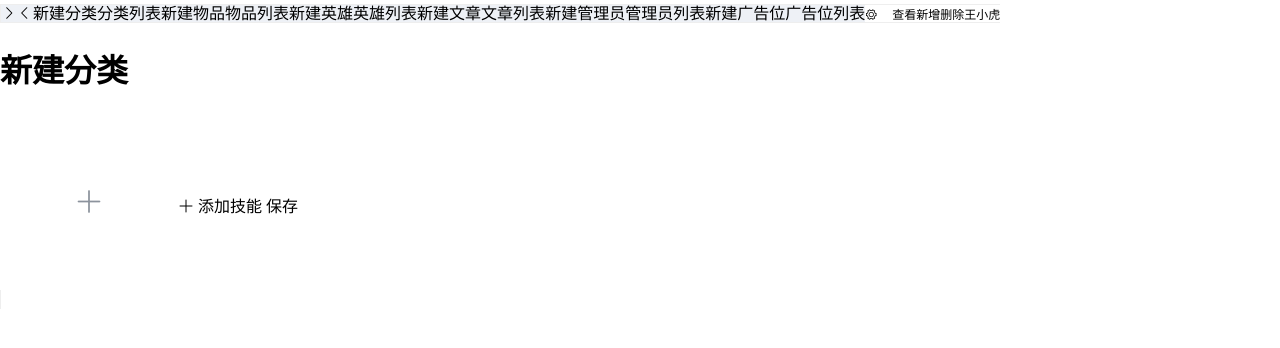
Repository: zqw980624/aaa
Page: /hero/create (app in admin/)
These files come from the project's save history. The page is drawn as it stood at one moment and after the next save; the edit follows.
The browser window is 1280 px wide. The pictures show the whole page.
The page's requests for data from a server got no answer. The project was rebuilt for these pictures with package versions that can differ from the ones it lists, and the page was loaded fresh each time. No one was signed in, and anything a server would have sent is missing. Also part of the build but not shown: admin/src/views/CategoryEditor.vue, admin/src/views/CategoryList.vue, admin/src/views/ItemList.vue, admin/src/views/HeroList.vue, admin/src/views/ArticleEditor.vue, admin/src/views/ArticleList.vue, admin/src/views/AdsList.vue, admin/src/views/AdministratorEditor.vue and 1 more. Imported but missing from the stored project, and not drawn on this page: admin/src/plugins/element.js.

Above is the page before, as saved 2020-03-09 22:51:57.

### admin/src/main.js
import Vue from 'vue';
import App from './App.vue';
import './plugins/element.js'
import router from './router'

Vue.config.productionTip = false;

import http from "./http"
Vue.prototype.$http = http

new Vue({
  router,
  render: (h) => h(App)
}).$mount('#app');

### admin/src/App.vue
<template>
  <div id="app">
   <router-view></router-view>
  </div>
</template>

<style>
  html,body{
    margin: 0;
    padding: 0;
  }
</style>

### admin/src/router/index.js
import Vue from 'vue'
import VueRouter from 'vue-router'
import Main from '../views/Main.vue'
import CategoryEditor from '../views/CategoryEditor.vue'
import CategoryList from '../views/CategoryList.vue'

import ItemEditor from '../views/ItemEditor.vue'
import ItemList from '../views/ItemList.vue'

import HeroEditor from '../views/HeroEditor.vue'
import HeroList from '../views/HeroList.vue'

import ArticleEditor from '../views/ArticleEditor.vue'
import ArticleList from '../views/ArticleList.vue'

import AdsEditor from '../views/AdsEditor.vue'
import AdsList from '../views/AdsList.vue'

import AdministratorEditor from '../views/AdministratorEditor.vue'
import AdministratorList from '../views/AdministratorList.vue'
Vue.use(VueRouter)

const routes = [
  {
    path: '/',
    name: 'Main',
    component: Main,
    children:[
      {path:"category/create",component:CategoryEditor},
      {path:"category/editor/:id",component:CategoryEditor,props:true},
      {path:"category/list",component:CategoryList},

      {path:"item/create",component:ItemEditor},
      {path:"item/editor/:id",component:ItemEditor,props:true},
      {path:"item/list",component:ItemList},

      {path:"hero/create",component:HeroEditor},
      {path:"hero/editor/:id",component:HeroEditor,props:true},
      {path:"hero/list",component:HeroList},

      {path:"article/create",component:ArticleEditor},
      {path:"article/editor/:id",component:ArticleEditor,props:true},
      {path:"article/list",component:ArticleList},

      {path:"ad/create",component:AdsEditor},
      {path:"ad/editor/:id",component:AdsEditor,props:true},
      {path:"ad/list",component:AdsList},

      {path:"administrator/create",component:AdministratorEditor},
      {path:"administrator/editor/:id",component:AdministratorEditor,props:true},
      {path:"administrator/list",component:AdministratorList},


    ]
  }
]

const router = new VueRouter({
  mode: 'history',
  base: process.env.BASE_URL,
  routes
})

export default router

### admin/src/http.js
import axios from "axios";

const http = axios.create({
    baseURL:"http://localhost:3000/admin/api"
})

export default http

### admin/src/views/Main.vue

<template>
  <el-container style="height: 100vh; border: 1px solid #eee">
    <el-aside width="200px" style="background-color: rgb(238, 241, 246)">
      <el-menu
        router
        :default-active="$route.path"
        :default-openeds="['1']"
        unique-opened
        background-color="#404040"
        text-color="#aaa"
        active-text-color="#ff4238"
        :collapse="isCollapse"
      >
       <i font-size="20px" class="el-icon-arrow-right" ></i>
       <i font-size="20px" class="el-icon-arrow-left" ></i>
        <!-- <el-radio-group v-model="isCollapse" style="margin-bottom: 20px;">
          <el-radio-button :label="false">展开</el-radio-button>
          <el-radio-button :label="true">收起</el-radio-button>
        </el-radio-group> -->
        <el-submenu index="1">
          <template slot="title">
            <i class="el-icon-message"></i>
            <span slot="title">内容管理</span>
          </template>
          <el-menu-item-group>
            <template slot="title">分类</template>
            <el-menu-item index="/category/create">新建分类</el-menu-item>
            <el-menu-item index="/category/list">分类列表</el-menu-item>
          </el-menu-item-group>
          <el-menu-item-group>
            <template slot="title">物品</template>
            <el-menu-item index="/item/create">新建物品</el-menu-item>
            <el-menu-item index="/item/list">物品列表</el-menu-item>
          </el-menu-item-group>
        </el-submenu>

        <el-submenu index="2">
          <template slot="title">
            <i class="el-icon-message"></i>
            <span slot="title">系统管理</span>
          </template>
          <el-menu-item-group>
            <template slot="title">英雄</template>
            <el-menu-item index="/hero/create">新建英雄</el-menu-item>
            <el-menu-item index="/hero/list">英雄列表</el-menu-item>
          </el-menu-item-group>
          <el-menu-item-group>
            <template slot="title">文章</template>
            <el-menu-item index="/article/create">新建文章</el-menu-item>
            <el-menu-item index="/article/list">文章列表</el-menu-item>
          </el-menu-item-group>
        </el-submenu>

        <el-submenu index="3">
         <template slot="title">
            <i class="el-icon-message"></i>
            <span slot="title">管理员管理</span>
          </template>
          <el-menu-item-group>
            <template slot="title">管理员</template>
            <el-menu-item index="/administrator/create">新建管理员</el-menu-item>
            <el-menu-item index="/administrator/list">管理员列表</el-menu-item>
          </el-menu-item-group>
          <el-menu-item-group>
            <template slot="title">广告位</template>
            <el-menu-item index="/ad/create">新建广告位</el-menu-item>
            <el-menu-item index="/ad/list">广告位列表</el-menu-item>
          </el-menu-item-group>
        </el-submenu>
      </el-menu>
    </el-aside>

    <el-container>
      <el-header style="text-align: right; font-size: 12px">
        <el-dropdown>
          <i class="el-icon-setting" style="margin-right: 15px"></i>
          <el-dropdown-menu slot="dropdown">
            <el-dropdown-item>查看</el-dropdown-item>
            <el-dropdown-item>新增</el-dropdown-item>
            <el-dropdown-item>删除</el-dropdown-item>
          </el-dropdown-menu>
        </el-dropdown>
        <span>王小虎</span>
      </el-header>

      <el-main>
        <router-view></router-view>
      </el-main>
    </el-container>
  </el-container>
</template>
<script>
export default {
  data() {
    return {
      isCollapse: true
    };
  }
};
</script>
<style>
.el-header {
  background-color: #b3c0d1;
  color: #333;
  line-height: 60px;
}

.el-aside {
  color: #333;
}
</style>

### admin/src/views/ItemEditor.vue
<template>
  <div>
    <h1>{{id?'编辑':'新建'}}分类</h1>
    <el-form @submit.native.prevent="save" label-width="100px">
      <el-form-item label="名称">
        <el-input v-model="model.name"></el-input>
      </el-form-item>
      <el-form-item label="图标">
        <el-upload
          class="avatar-uploader"
          :action="$http.defaults.baseURL + '/upload'"
          :show-file-list="false"
          :on-success="handleAvatarSuccess"

        >
          <img v-if="model.icon" :src="model.icon" class="avatar" />
          <i v-else class="el-icon-plus avatar-uploader-icon"></i>
        </el-upload>
      </el-form-item>
      <el-form-item>
        <el-button type="primary" native-type="submit">保存</el-button>
      </el-form-item>
    </el-form>
  </div>
</template>


<script>
export default {
  props: {
    id: {}
  },
  data() {
    return {
      model: {
        name: "",
        icon:""
      }
    };
  },
  methods: {
    handleAvatarSuccess(res){
      console.log(res)
      this.$set(this.model,"icon",res.url)
      // this.model.icon = res.url
    },
    async save() {
      let res;
      if (this.id) {
        res = await this.$http({
          method: "put",
          url: `/rest/items/${this.id}`,
          data: this.model
        });
      } else {
        res = await this.$http({
          method: "post",
          url: "/rest/items",
          data: this.model
        });
      }

      if (res.data) {
        this.$router.push("/item/list");
        this.$message({
          type: "success",
          message: "保存成功"
        });
      }
    },
    async fetch() {
      let res = await this.$http.get(`/rest/items/${this.id}`);

      this.model = res.data;
    }
  },
  created() {
    this.id && this.fetch();
  }
};
</script>

<style>
  .avatar-uploader .el-upload {
    border: 1px dashed #d9d9d9;
    border-radius: 6px;
    cursor: pointer;
    position: relative;
    overflow: hidden;
  }
  .avatar-uploader .el-upload:hover {
    border-color: #409EFF;
  }
  .avatar-uploader-icon {
    font-size: 28px;
    color: #8c939d;
    width: 178px;
    height: 178px;
    line-height: 178px;
    text-align: center;
  }
  .avatar {
    width: 178px;
    height: 178px;
    display: block;
  }
</style>

### admin/src/views/HeroEditor.vue
<template>
  <div>
    <h1>{{id?'编辑':'新建'}}分类</h1>
    <el-form @submit.native.prevent="save" label-width="100px">
      <el-tabs value="skills" type="border-card">
        <el-tab-pane label="基础信息" name="basic">
          <el-form-item label="角色">
            <el-input v-model="model.name"></el-input>
          </el-form-item>
          <el-form-item label="称号">
            <el-input v-model="model.title"></el-input>
          </el-form-item>
          <el-form-item label="头像">
            <el-upload
              class="avatar-uploader"
              :action="$http.defaults.baseURL + '/upload'"
              :show-file-list="false"
              :on-success="handleAvatarSuccess"
            >
              <img v-if="model.avator" :src="model.avator" class="avatar" />
              <i v-else class="el-icon-plus avatar-uploader-icon"></i>
            </el-upload>
          </el-form-item>
          <el-form-item label="职业">
            <el-select v-model="model.categories" placeholder="请选择" multiple>
              <el-option
                v-for="item in catogories"
                :key="item._id"
                :label="item.name"
                :value="item._id"
              ></el-option>
            </el-select>
          </el-form-item>
          <el-form-item label="难度">
            <el-rate
              style="margin-top:.6rem"
              :max="9"
              v-model="model.details.difficulty"
              show-score
            ></el-rate>
          </el-form-item>
          <el-form-item label="技能">
            <el-rate style="margin-top:.6rem" :max="9" v-model="model.details.skill" show-score></el-rate>
          </el-form-item>
          <el-form-item label="攻击">
            <el-rate style="margin-top:.6rem" :max="9" v-model="model.details.attack" show-score></el-rate>
          </el-form-item>
          <el-form-item label="生存">
            <el-rate style="margin-top:.6rem" :max="9" v-model="model.details.existence" show-score></el-rate>
          </el-form-item>

          <el-form-item label="顺风出装">
            <el-select v-model="model.tailWind" placeholder="请选择" multiple>
              <el-option v-for="item in items" :key="item._id" :label="item.name" :value="item._id"></el-option>
            </el-select>
          </el-form-item>
          <el-form-item label="逆风出装">
            <el-select v-model="model.headwind" placeholder="请选择" multiple>
              <el-option v-for="item in items" :key="item._id" :label="item.name" :value="item._id"></el-option>
            </el-select>
          </el-form-item>
          <el-form-item label="使用技巧">
            <el-input v-model="model.useTip" type="textarea"></el-input>
          </el-form-item>
          <el-form-item label="对抗技巧">
            <el-input t v-model="model.combatTip" type="textarea"></el-input>
          </el-form-item>
          <el-form-item label="团队思路">
            <el-input t v-model="model.teamTip" type="textarea"></el-input>
          </el-form-item>
        </el-tab-pane>
        <el-tab-pane label="技能" name="skills">
          <el-button size="small" @click="model.skills.push({})">
            <i class="el-icon-plus"></i> 添加技能
          </el-button>
          <el-row>
            <el-col :md="12" v-for="(item,index) in model.skills" :key="index">
              <el-form-item label="名称">
                <el-input v-model="item.name"></el-input>
              </el-form-item>
              <el-form-item label="图标">
                <el-upload
                  class="avatar-uploader"
                  :action="$http.defaults.baseURL + '/upload'"
                  :show-file-list="false"
                  :on-success="res => $set(item,'icon',res.url)"
                >
                  <img v-if="item.icon" :src="item.icon" class="avatar" />
                  <i v-else class="el-icon-plus avatar-uploader-icon"></i>
                </el-upload>
              </el-form-item>
              <el-form-item label="描述">
                <el-input v-model="item.description"></el-input>
              </el-form-item>
              <el-form-item label="小提示">
                <el-input type="textarea" v-model="item.tips"></el-input>
              </el-form-item>
              <el-form-item>
                <el-button @click="model.skills.splice(index,1)" type="danger">删除</el-button>
              </el-form-item>
            </el-col>
          </el-row>
        </el-tab-pane>
      </el-tabs>
      <el-form-item>
        <el-button type="primary" style="margin-top:1rem" native-type="submit">保存</el-button>
      </el-form-item>
    </el-form>
  </div>
</template>


<script>
export default {
  props: {
    id: {}
  },
  data() {
    return {
      model: {
        details: {
          difficulty: 0,
          skill: 0,
          attack: 0,
          existence: 0
        },
        skills: []
      },
      catogories: [],
      items: []
    };
  },
  methods: {
    handleAvatarSuccess(res) {
      console.log(res);
      this.$set(this.model, "avator", res.url);
      // this.model.icon = res.url
    },
    async save() {
      let res;
      if (this.id) {
        res = await this.$http({
          method: "put",
          url: `/rest/hero/${this.id}`,
          data: this.model
        });
      } else {
        res = await this.$http({
          method: "post",
          url: "/rest/hero",
          data: this.model
        });
      }

      if (res.data) {
        this.$router.push("/hero/list");
        this.$message({
          type: "success",
          message: "保存成功"
        });
      }
    },
    async fetch() {
      let res = await this.$http.get(`/rest/hero/${this.id}`);

      this.model = res.data;
    },
    async fetchCategories() {
      let res = await this.$http.get(`/rest/categories`);
      this.catogories = res.data;
    },
    async fetchItems() {
      let res = await this.$http.get(`/rest/items`);
      this.items = res.data;
    }
  },
  created() {
    this.fetchCategories();
    this.fetchItems();
    this.id && this.fetch();
  }
};
</script>

<style>
.avatar-uploader .el-upload {
  border: 1px dashed #d9d9d9;
  border-radius: 6px;
  cursor: pointer;
  position: relative;
  overflow: hidden;
}
.avatar-uploader .el-upload:hover {
  border-color: #409eff;
}
.avatar-uploader-icon {
  font-size: 28px;
  color: #8c939d;
  width: 178px;
  height: 178px;
  line-height: 178px;
  text-align: center;
}
.avatar {
  width: 178px;
  height: 178px;
  display: block;
}
</style>

### admin/src/views/AdsEditor.vue
<template>
  <div>
    <h1>{{id?'编辑':'新建'}}广告位</h1>
    <el-form @submit.native.prevent="save" label-width="100px">
      <el-form-item label="名称">
        <el-input v-model="model.name"></el-input>
      </el-form-item>
       <el-form-item label="广告">
       <el-button size="small" @click="model.ads.push({})">
            <i class="el-icon-plus"></i> 添加广告
          </el-button>
      </el-form-item>


          <el-row>
            <el-col :md="12" v-for="(item,index) in model.ads" :key="index">
             <el-form-item label="链接">
                <el-input v-model="item.link"></el-input>
              </el-form-item>
              <el-form-item label="图标">
                <el-upload
                  class="avatar-uploader"
                  :action="$http.defaults.baseURL + '/upload'"
                  :show-file-list="false"
                  :on-success="res => $set(item,'image',res.url)"
                >
                  <img v-if="item.image" :src="item.image" class="avatar" />
                  <i v-else class="el-icon-plus avatar-uploader-icon"></i>
                </el-upload>
              </el-form-item>

               <el-form-item>
                <el-button size="small" @click="model.ads.splice(index,1)" type="danger">删除</el-button>
              </el-form-item>
            </el-col>
          </el-row>

      <el-form-item>
        <el-button type="primary" native-type="submit">保存</el-button>
      </el-form-item>
    </el-form>
  </div>
</template>


<script>
export default {
  props: {
    id: {}
  },
  data() {
    return {
      model: {
        name: "",
        ads:[]
      }
    };
  },
  methods: {
    handleAvatarSuccess(res){
      console.log(res)
      this.$set(this.model,"icon",res.url)
      // this.model.icon = res.url
    },
    async save() {
      let res;
      if (this.id) {
        res = await this.$http({
          method: "put",
          url: `/rest/ads/${this.id}`,
          data: this.model
        });
      } else {
        res = await this.$http({
          method: "post",
          url: "/rest/ads",
          data: this.model
        });
      }

      if (res.data) {
        this.$router.push("/ad/list");
        this.$message({
          type: "success",
          message: "保存成功"
        });
      }
    },
    async fetch() {
      let res = await this.$http.get(`/rest/ads/${this.id}`);

      this.model = res.data;
    }
  },
  created() {
    this.id && this.fetch();
  }
};
</script>

<style>
  .avatar-uploader .el-upload {
    border: 1px dashed #d9d9d9;
    border-radius: 6px;
    cursor: pointer;
    position: relative;
    overflow: hidden;
  }
  .avatar-uploader .el-upload:hover {
    border-color: #409EFF;
  }
  .avatar-uploader-icon {
    font-size: 28px;
    color: #8c939d;
    width: 178px;
    height: 178px;
    line-height: 178px;
    text-align: center;
  }
  .avatar {
    width: 178px;
    height: 178px;
    display: block;
  }
</style>

Loaded but not shown: admin/public/index.html (common file)

After the next save:
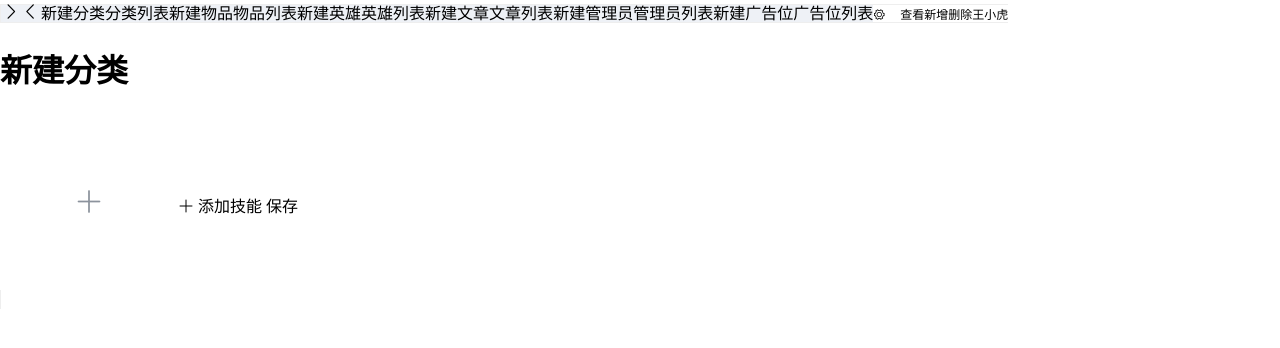
Saved 40 s later.
--- a/admin/src/views/Main.vue
+++ b/admin/src/views/Main.vue
@@ -12,8 +12,8 @@
         active-text-color="#ff4238"
         :collapse="isCollapse"
       >
-       <i font-size="20px" class="el-icon-arrow-right" ></i>
-       <i font-size="20px" class="el-icon-arrow-left" ></i>
+       <i style="font-size:20px"  class="el-icon-arrow-right" ></i>
+       <i style="font-size:20px" class="el-icon-arrow-left" ></i>
         <!-- <el-radio-group v-model="isCollapse" style="margin-bottom: 20px;">
           <el-radio-button :label="false">展开</el-radio-button>
           <el-radio-button :label="true">收起</el-radio-button>
